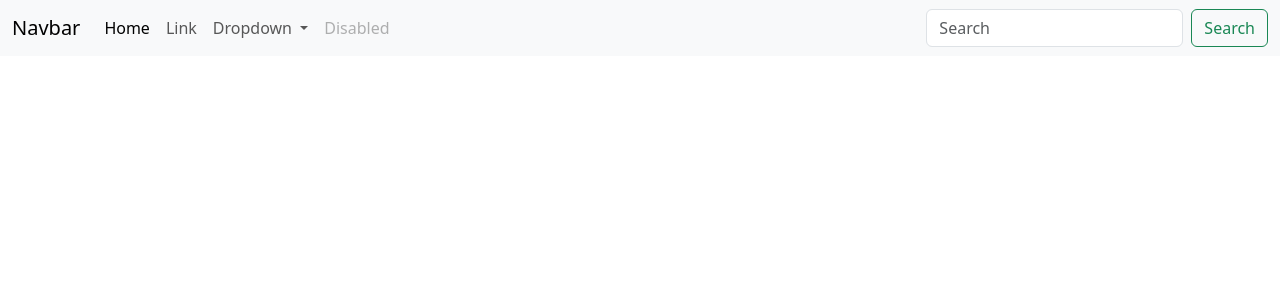
Repository: jeongjimin0/Jeongjimin
Page: http://localhost/WebTest/login.jsp
The author's editor kept a copy of each file at every save. The page is drawn from the files as they stood at one save, then again after the next save.
The browser window is 1280 px wide. The pictures show the whole page.
The page is served by Tomcat 9.

Above is the page before, as saved 2023-02-27 14:02:51.

After the next save:
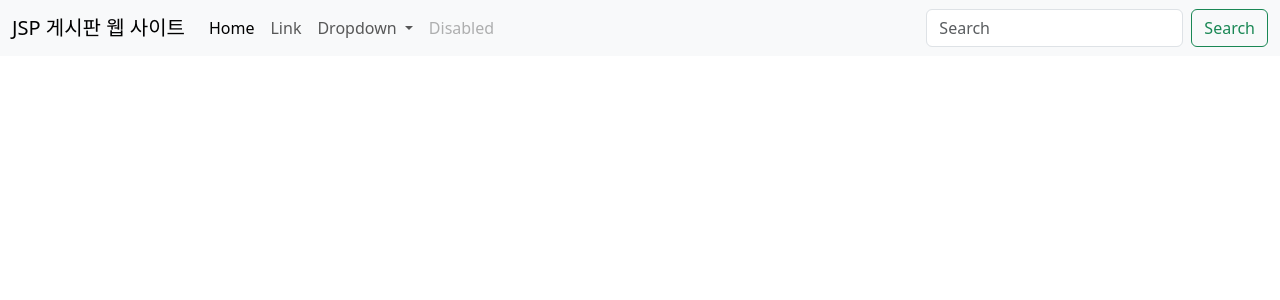
Saved 29 s later.
--- a/projects/WebTest/src/main/webapp/login.jsp
+++ b/projects/WebTest/src/main/webapp/login.jsp
@@ -11,7 +11,7 @@
 <body>
 <nav class="navbar navbar-expand-lg bg-body-tertiary">
   <div class="container-fluid">
-    <a class="navbar-brand" href="#">Navbar</a>
+    <a class="navbar-brand">JSP 게시판 웹 사이트</a>
     <button class="navbar-toggler" type="button" data-bs-toggle="collapse" data-bs-target="#navbarSupportedContent" aria-controls="navbarSupportedContent" aria-expanded="false" aria-label="Toggle navigation">
       <span class="navbar-toggler-icon"></span>
     </button>
